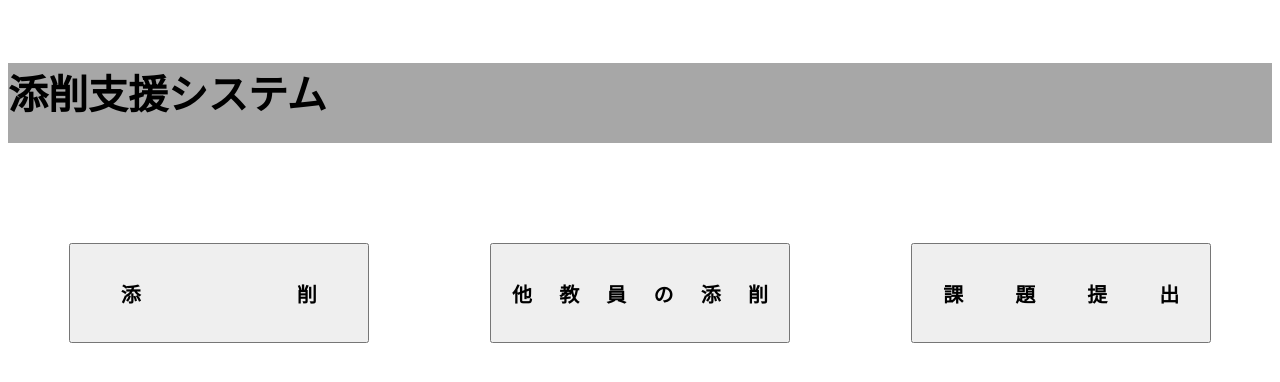
Repository: k-murakami18/canvas_v2
Page: Main.html
An editor plug-in stored every save of this project. The page is shown before and after a run of saves, followed by the edit.
The browser window is 1280 px wide. The pictures show the whole page.

Above is the page before, as saved 2021-01-04 20:16:41.

After the next 2 saves:
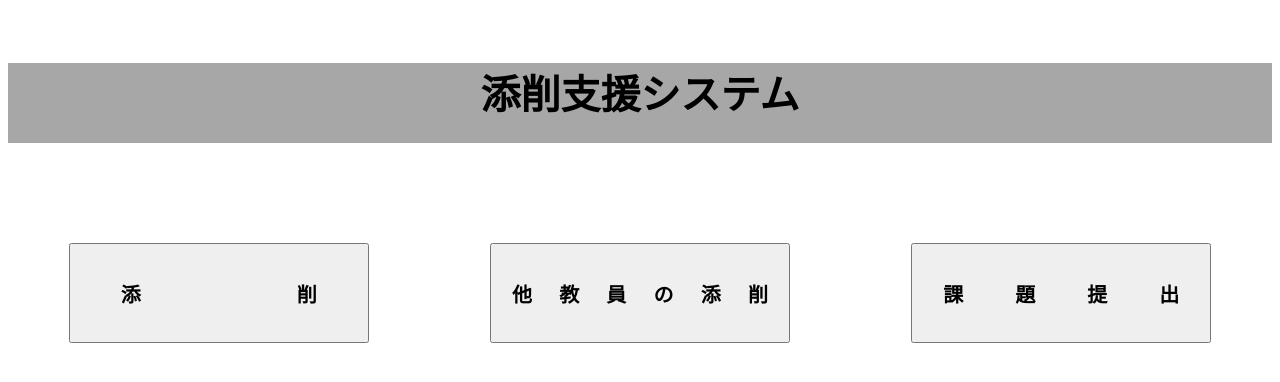
The 2 saves are shown as one change because they came seconds apart.
The last was saved 5 s later.
--- a/style.css
+++ b/style.css
@@ -3,10 +3,10 @@
   width: 100%;
   height: 80px;
   font-size: 20px;
-
+  display: flex;
   background-color: #A7A7A7;
   justify-content: center; /*左右中央*/
-  align-items: center; /*上下中央*/
+
   margin-top: 5%;
   margin-bottom: 100px;
 }
